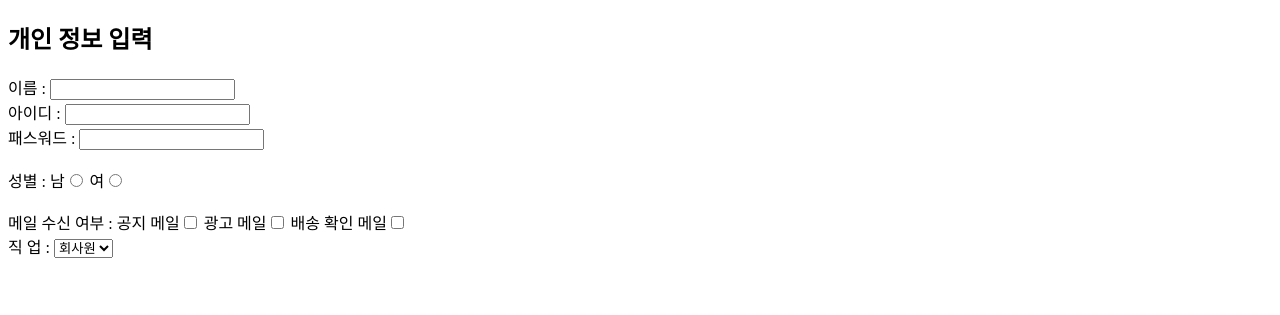
Repository: sunnny10/web-workspace
Page: Lecture-Web/src/main/webapp/HW/PInfoInput.html
These files come from the project's save history. The page is drawn as it stood at one moment and after the next save; the edit follows.
The browser window is 1280 px wide. The pictures show the whole page.

Above is the page before, as saved 2022-06-02 10:04:02.

After the next save:
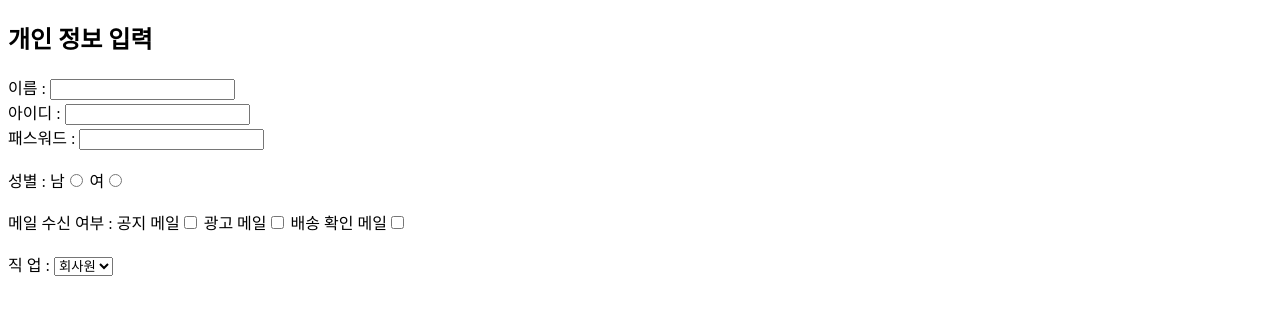
Saved 13 s later.
--- a/Lecture-Web/src/main/webapp/HW/PInfoInput.html
+++ b/Lecture-Web/src/main/webapp/HW/PInfoInput.html
@@ -17,7 +17,7 @@
 			메일 수신 여부 :
 			공지 메일<input type="checkbox" name="receiveCk" value="notice">
 			광고 메일<input type="checkbox" name="receiveCk" value="advertise">
-			배송 확인 메일<input type="checkbox" name="receiveCk" value="delivery"><br>
+			배송 확인 메일<input type="checkbox" name="receiveCk" value="delivery"><br><br>
 			<label>직 업 :
 		    <select name="job">
 			    <option value="business">회사원</option>
